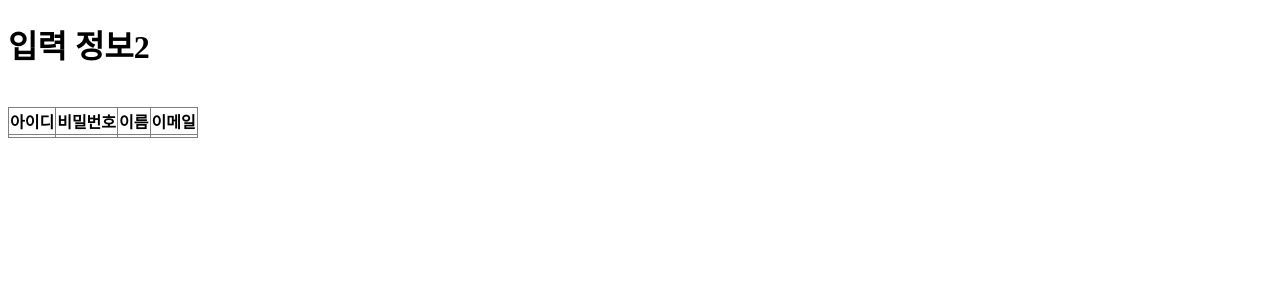
Repository: Jh1227/JSP
Page: http://localhost/12_EL/ex03_scope/memberPro2.jsp
An editor plug-in stored every save of this project. The page is shown before and after the next save, followed by the edit.
The browser window is 1280 px wide. The pictures show the whole page.
The page is served by Tomcat 9. Other server files are loaded and not shown.

Above is the page before, as saved 2023-04-10 01:51:55.

### 12_EL/src/main/webapp/ex03_scope/memberPro2.jsp

<!-- ex03_scope/memberPro2.jsp -->

<%@ page language="java" contentType="text/html; charset=UTF-8"
    pageEncoding="UTF-8"%>
<!DOCTYPE html>
<html>
<head>
<meta charset="UTF-8">
<title>memberPro2.jsp</title>
<style type="text/css">
table, th, td { border: 1px solid gray; border-collapse: collapse; }
</style>
</head>
<body>
	<h1>입력 정보2</h1>
	<br>
	<table>
		<tr>
			<th>아이디</th>
			<th>비밀번호</th>
			<th>이름</th>
			<th>이메일</th>
		</tr>
		<tr>
			<td>${ param.id }</td>
			<td>${ param.pwd }</td>
			<td>${ param.name }</td>
			<td>${ param.email }</td>
		</tr>
	</table>
</body>
</html>

After the next save:
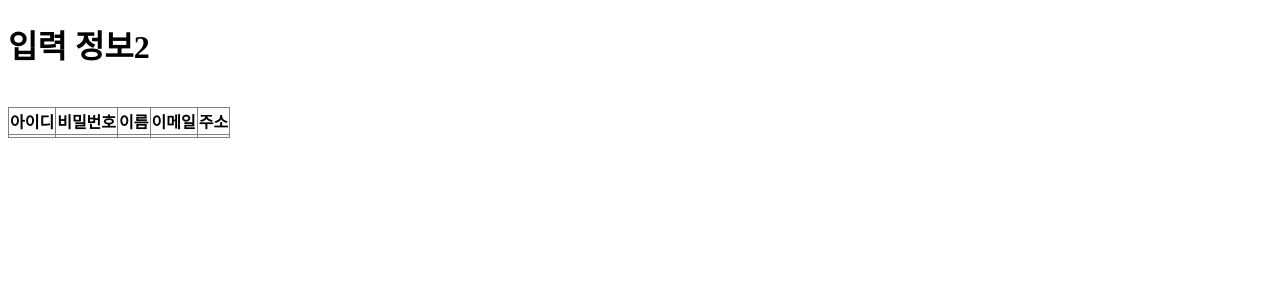
Saved 7 s later.
--- a/12_EL/src/main/webapp/ex03_scope/memberPro2.jsp
+++ b/12_EL/src/main/webapp/ex03_scope/memberPro2.jsp
@@ -21,6 +21,7 @@ table, th, td { border: 1px solid gray; border-collapse: collapse; }
 			<th>비밀번호</th>
 			<th>이름</th>
 			<th>이메일</th>
+			<th>주소</th>
 		</tr>
 		<tr>
 			<td>${ param.id }</td>
